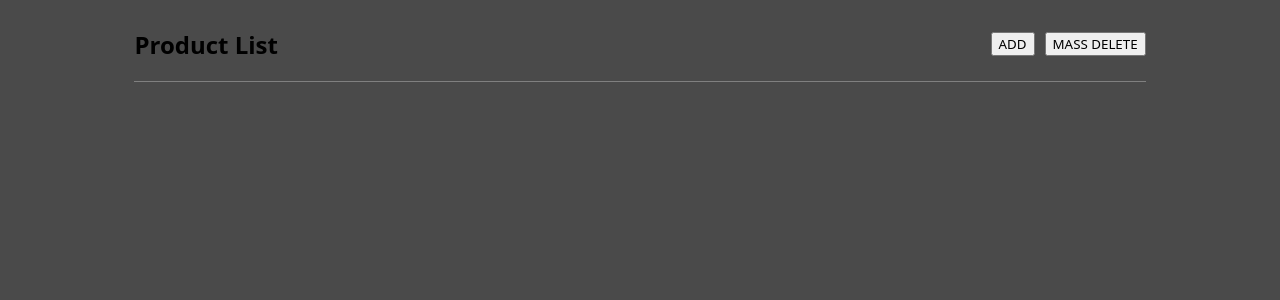
Repository: gabyto19/scandiweb
Page: http://localhost/
The author's editor kept a copy of each file at every save. The page is drawn from the files as they stood at one save, then again after the next save.
The browser window is 1280 px wide. The pictures show the whole page.
Some web libraries are served in a nearby version. The page is run by PHP 8.4 with error messages shown; the project is at /var/www/html/. Queries for data that is not in the repository find no rows.

Above is the page before, as saved 2023-03-10 03:05:44.

### index.php
<!DOCTYPE html>
<html lang="en">

<head>
  <meta charset="UTF-8" />
  <meta name="viewport" content="width=device-width, initial-scale=1.0" />
  <title>Vue Basics</title>
  <link href="https://fonts.googleapis.com/css2?family=Jost:wght@400;700&display=swap" rel="stylesheet" />
  <link rel="stylesheet" href="styles.css" />
  <script src="https://unpkg.com/vue@next" defer></script>
  <script src="https://unpkg.com/vue@3/dist/vue.global.js"></script>

</head>

<body>
  <section id="app">
    <nav>
      <h2>Product List</h2>
      <div class="rightButtons">
        <button><a style="text-decoration: none; color: black" href="addPage.php">ADD</a>
        </button>
        <button class="delete-checkbox" id="delete-product-btn" @click="deleteProducts()">MASS DELETE</button>
      </div>
    </nav>

    <div class="grid-container">
      <div v-for="product in products" :key="product.sku">
        <input type="checkbox" id="delete-checkbox" class="delete-checkbox" v-model="selectedProducts"
          :value="product.id" />
        <p>sku:{{product.sku}}</p>
        <p>name:{{product.name}}</p>
        <div v-if="product.productType == 'dvd'">
          <p>Size: {{product.size}} MB</p>
        </div>
        <div v-else-if="product.productType == 'furniture'">
          <p>Dimension: {{product.height}}x{{product.width}}x{{product.length}}</p>
        </div>
        <div v-if="product.productType == 'book'">
          <p>Weight: {{product.weight}}</p>
        </div>
      </div>
    </div>
  </section>

  <script src="https://cdn.jsdelivr.net/npm/axios@1.1.2/dist/axios.min.js"></script>
  <script src="https://unpkg.com/vue@3/dist/vue.global.js"></script>
  <script src="index.js"></script>
  <?php include 'insert-product.php'; ?>
</body>

</html>
<style scoped>
  .rightButtons button:first-child {
    margin-right: 10px;
  }

  .grid-container {
    display: grid;
    grid-template-columns: auto auto auto auto;
    gap: 40px;
    padding: 10px;
    width: 80%;
    margin: auto;
  }

  .grid-container>div {
    text-align: center;
    border: solid 1px;
    width: 90%;
    margin: auto;
  }

  .grid-container input {
    display: block;
    position: relative;
    left: 5%;
    top: 10px;
  }
  body{
    background-color: #4a4a4a;
  }
</style>

### insert-product.php
<?php

class Product
{

    private $servername;
    private $username;
    private $password;
    private $dbname;
    private $conn;

    public function __construct($servername, $username, $password, $dbname)
    {
        $this->servername = $servername;
        $this->username = $username;
        $this->password = $password;
        $this->dbname = $dbname;

    }

    public function connect()
    {
        $this->conn = new mysqli($this->servername, $this->username, $this->password, $this->dbname);

        if ($this->conn->connect_error) {
            die("Connection failed: " . $this->conn->connect_error);
        }
    }

    public function close()
    {
        $this->conn->close();
    }

    public function insertProduct($sku, $name, $price, $productType, $size, $weight, $height, $width, $length)
    {
        $stmt = $this->conn->prepare("INSERT INTO products (sku, name, price, productType, size, weight, height, width, length) VALUES (?, ?, ?, ?, ?, ?, ?, ?, ?)");
        $stmt->bind_param("ssdssdddd", $sku, $name, $price, $productType, $size, $weight, $height, $width, $length);

        if ($stmt->execute()) {
            echo "New record created successfully";
        } else {
            echo "Error: " . $stmt->error;
        }
        $stmt->close();
    }
}

$product = new Product("localhost", "root", "", "test");
$product->connect();

$product->close();
if ($_SERVER["REQUEST_METHOD"] == "POST") {
    $sku = $_POST['sku'];
    $name = $_POST['name'];
    $price = $_POST['price'];
    $productType = $_POST['productType'];
    $size = $_POST['size'];
    $weight = $_POST['weight'];
    $height = $_POST['height'];
    $width = $_POST['width'];
    $length = $_POST['length'];

    if ($size == null) {
        $size = '0';
    }

    if ($weight == null) {
        $weight = '0';
    }

    if ($height == null) {
        $height = '0';
    }

    if ($width == null) {
        $width = '0';
    }

    if ($length == null) {
        $length = '0';
    }

    $product->connect();
    $product->insertProduct($sku, $name, $price, $productType, $size, $weight, $height, $width, $length);
    $product->close();
}

?>

### get_products.php
<?php

class Product
{
    private $servername;
    private $username;
    private $password;
    private $dbname;
    private $conn;

    public function __construct($servername, $username, $password, $dbname)
    {
        $this->servername = $servername;
        $this->username = $username;
        $this->password = $password;
        $this->dbname = $dbname;
    }

    public function connect()
    {
        $this->conn = new mysqli($this->servername, $this->username, $this->password, $this->dbname);

        if ($this->conn->connect_error) {
            throw new Exception("Connection failed: " . $this->conn->connect_error);
        }
    }

    public function close()
    {
        $this->conn->close();
    }

    public function getProducts()
    {
        $sql = "SELECT id, sku, name, price, productType, size, weight, height, width, length FROM products";
        $result = $this->conn->query($sql);

        if (!$result) {
            throw new Exception("Error retrieving products: " . $this->conn->error);
        }

        $data = array();
        while ($row = $result->fetch_assoc()) {
            $data[] = $row;
        }

        return json_encode($data);
    }
}


$product = new Product("localhost", "root", "", "test");
try {
    $product->connect();
    $products = $product->getProducts();
    echo $products;
} catch (Exception $e) {
    echo "Error: " . $e->getMessage();
} finally {
    $product->close();
}


?>

### styles.css
nav {
    width: 80%;
    display: flex;
    justify-content: space-between;
    align-items: center;
    margin: auto;
    border-bottom: solid 1px gray;
  }

  * {
    font-family: system-ui;
  }

### index.js
Vue.createApp({
  data() {
    return {
      sku: "",
      name: "",
      price: "",
      dimension: "",
      products: [],
      selectedProducts: [],
    };
  },
  methods: {
    deleteProducts() {
      const selectedProducts = this.selectedProducts;
      axios
        .post("delete_products.php", {
          selectedProducts
        })
        .then((response) => {
          // handle success response
          console.log(response.data);
          // remove deleted products from the list
          this.products = this.products.filter(
            (product) => !this.selectedProducts.includes(product.id)
          );
          // clear selectedProducts array
          this.selectedProducts = [];
        })
        .catch((error) => {
          // handle error response
          console.log(error);
        });
    },
  },
  created() {
    axios
      .get("get_products.php")
      .then((response) => {
        this.products = response.data;
      })
      .catch((error) => {
        console.log(error);
      });
  },
}).mount("#app");

After the next save:
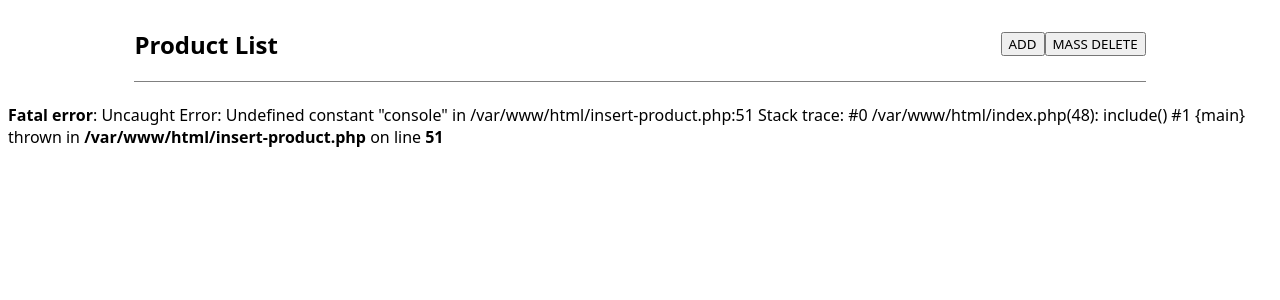
Saved 4 min 36 s later.
--- a/insert-product.php
+++ b/insert-product.php
@@ -48,7 +48,7 @@ class Product
 
 $product = new Product("localhost", "root", "", "test");
 $product->connect();
-
+console.log("mephe+"+$sku);
 $product->close();
 if ($_SERVER["REQUEST_METHOD"] == "POST") {
     $sku = $_POST['sku'];
